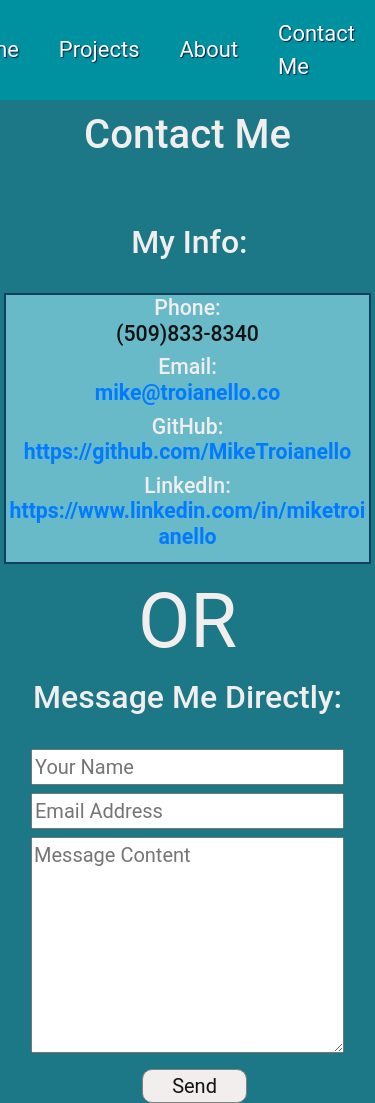
Repository: MikeTroianello/troianello
Page: /contact
These files come from the project's save history. The page is drawn as it stood at one moment and after the next save; the edit follows.
The browser window is 375 px wide. The pictures show the whole page.
The project was rebuilt for these pictures with package versions that can differ from the ones it lists, and the page was loaded fresh each time. Also part of the build but not shown: src/components/context-sensitive/Greet.js, src/components/locations/Home.js, src/components/locations/About/About.css, src/components/locations/About/AboutMobile.css, src/components/locations/About/About.js, src/components/cards/RainbowDay.js, src/components/cards/CanvasBubbles.js, src/components/cards/projectCard.css and 4 more.

Above is the page before, as saved 2019-08-02 18:45:25.

### public/index.html
<!DOCTYPE html>
<html lang="en">
  <head>
    <meta charset="utf-8" />
    <link rel="shortcut icon" href="%PUBLIC_URL%/favicon.ico" />
    <meta name="viewport" content="width=device-width, initial-scale=1" />
    <meta name="theme-color" content="#000000" />
    <!--
      manifest.json provides metadata used when your web app is installed on a
      user's mobile device or desktop. See https://developers.google.com/web/fundamentals/web-app-manifest/
    -->
    <link rel="manifest" href="%PUBLIC_URL%/manifest.json" />
    <!--
      Notice the use of %PUBLIC_URL% in the tags above.
      It will be replaced with the URL of the `public` folder during the build.
      Only files inside the `public` folder can be referenced from the HTML.

      Unlike "/favicon.ico" or "favicon.ico", "%PUBLIC_URL%/favicon.ico" will
      work correctly both with client-side routing and a non-root public URL.
      Learn how to configure a non-root public URL by running `npm run build`.
    -->
    <title>MIKE TROIANELLO</title>
  </head>
  <body>
    <noscript>You need to enable JavaScript to run this app.</noscript>
    <div id="root"></div>
  </body>
</html>

### src/App.js
import React, { Component } from 'react';
import { BrowserRouter as Router, Route, Switch } from 'react-router-dom';
import Header from './components/Header';
import Home from './components/locations/Home';
import About from './components/locations/About/About';
import Projects from './components/locations/Projects';
import Contact from './components/locations/Contact/Contact';
import NotFound from './components/locations/NotFound';
import Greet from './components/context-sensitive/Greet.js';
import './App.css';

class App extends Component {
  // state = {
  //   header: '',
  //   hours: new Date().getHours()
  // };

  // componentDidMount() {
  //   window.addEventListener('scroll', this.handleScroll);
  // }

  // componentWillUnmount() {
  //   window.removeEventListener('scroll', this.handleScroll);
  // }

  // handleScroll = event => {
  //   let scrollTop = event.srcElement.body.scrollTop;
  //   console.log(window.scrollY);
  //   // if(window.scrollY > 200 && this.state.header) {
  //   if (window.scrollY < 88) {
  //     this.setState({ header: '' });
  //     console.log(this.state.header);
  //   }
  //   if (window.scrollY > 88 && window.scrollY < 502) {
  //     this.setState({ header: <Greet classname='header-greet' /> });
  //     console.log(this.state.header);
  //   }
  //   if (window.scrollY > 503 && window.scrollY < 1266) {
  //     this.setState({ header: 'My Projects' });
  //     console.log(this.state.header);
  //   }
  //   if (window.scrollY > 1267) {
  //     this.setState({ header: 'About Me' });
  //     console.log(this.state.header);
  //   }
  // };

  render() {
    return (
      <div className='App'>
        <Router>
          {/* <Header showHeader={this.state.header} /> */}
          <Header />
          <div>
            <Switch>
              <Route exact path='/' component={Home} />
              <Route exact path='/about' component={About} />
              <Route exact path='/projects' component={Projects} />
              <Route exact path='/contact' component={Contact} />
              <Route component={NotFound} />
            </Switch>
          </div>
        </Router>
      </div>
    );
  }
}

export default App;

### src/components/Header.js
import React, { Component } from 'react';
import { Link } from 'react-router-dom';
import Greet from '../components/context-sensitive/Greet.js';

export default class Header extends Component {
  render() {
    // let headerClass = this.props.showHeader ? 'header' : 'header transition';
    // if(this.props.showHeader == "time"){
    //   this.props.showHeader = <Greet/>
    // }
    /* <div className={headerClass}> */
    return (
      <div className='header'>
        <div className='links'>
          {/* <div className='logo'>
            <Link to='/'>Mt</Link>
          </div> */}
          <Link to='/' className='logo-2'>
            <h1 className='mt-logo'>Mt</h1>
          </Link>
          <div>{this.props.showHeader}</div>

          <div className='individual-link'>
            <Link to='/'>Home</Link>
          </div>
          <div className='individual-link'>
            <Link to='/projects'>Projects</Link>
          </div>
          <div className='individual-link'>
            <Link to='/about'>About</Link>
          </div>
          <div className='individual-link test'>
            <Link to='/contact'>Contact Me</Link>
          </div>
        </div>
      </div>
    );
  }
}

### src/components/locations/Contact/Contact.js
import React from 'react';
import './Contact.css';
import './ContactMobile.css';

export default function Contact() {
  return (
    <div className='contact-page'>
      <h1 className='contact-center'>Contact Me</h1>
      <div className='row'>
        <div className='col-sm-5 contact-side-one'>
          <h2 className='contact-center-one'>My Info:</h2>
          <div className='contact-side-one-box'>
            <h3>
              Phone:
              <br />
              <span className='contact-number'>(509)833-8340</span>
            </h3>
            <h3>
              <h3>
                Email:
                <br />
                <strong>
                  <a
                    href='mailto:mike@troianello.co'
                    target='_blank'
                    rel='noopener noreferrer'
                  >
                    mike@troianello.co
                  </a>
                </strong>
              </h3>
              GitHub:
              <br />
              <strong>
                <a
                  href='https://github.com/MikeTroianello'
                  target='_blank'
                  rel='noopener noreferrer'
                >
                  https://github.com/MikeTroianello
                </a>
                <br />
              </strong>
            </h3>
            <h3>
              LinkedIn: <br />
              <strong>
                <a
                  href='https://www.linkedin.com/in/miketroianello'
                  target='_blank'
                  rel='noopener noreferrer'
                >
                  https://www.linkedin.com/in/miketroianello
                </a>
              </strong>
            </h3>
          </div>
        </div>
        <div className='col-sm-2 or'>OR</div>
        <div className='col-sm-5 contact-side-two'>
          <h2 className='contact-center-two'>Message Me Directly:</h2>
          <form
            className='contact-message'
            action='https://formspree.io/mike@troianello.co'
            method='POST'
          >
            <label>
              <input
                type='name'
                name='name'
                className='contact-message-input'
                placeholder='Your Name'
              />
            </label>
            <label>
              <input
                type='email'
                name='email'
                className='contact-message-input'
                placeholder='Email Address'
              />
            </label>
            <label>
              <textarea
                rows='7'
                name='content'
                className='contact-message-input'
                placeholder='Message Content'
              />
            </label>
            <button className='contact-button'>Send</button>
          </form>
        </div>
      </div>
    </div>
  );
}

### src/App.css
:root {
  --off-black: #131313;
  --off-white: #f2eeee;
}

.App {
  font-family: 'roboto';
}
@import url('https://fonts.googleapis.com/css?family=Chivo&display=swap');
@import url('https://fonts.googleapis.com/css?family=Roboto&display=swap');
@import url('https://fonts.googleapis.com/css?family=Exo+2:800&display=swap');

.App-header {
  background-color: #282c34;
  min-height: 100vh;
  display: flex;
  flex-direction: column;
  /* align-items: center; */
  justify-content: center;
  font-size: calc(10px + 2vmin);
  /* color: white; */
}

/* .App-link {
  color: #61dafb;
} */

body {
  padding-top: 47px;
}

div {
  font-size: 20px;
}

p {
  margin-left: 4em;
  color: var(--off-black);
}

/* HEADER */

.header {
  background-color: #0091a0;
  /* background-color: #192e6c; */
  overflow: hidden;
  position: fixed;
  top: 0;
  width: 100%;
  height: 100px;
  z-index: 1;
  transition: all 0.5s;
}

.header.transition {
  transition: all 0.5s;
}

.header a {
  text-decoration: none;
  font-family: 'roboto';
  color: white;
  text-shadow: 1px 1px 1px #002145;
  font-size: 1.1em;
}

/* HOME PAGE */

/* .home-bg {
  height: 300vh;
} */

.link {
  margin-left: 15em;
}

.link a {
  color: var(--off-white);
  background-color: #0091a0;
  border-style: solid;
  border-color: #a2d7dc;
  border-width: 2px;
  font-size: 1.75em;
  padding: 0.5em;
  /* border-radius: 5px; */
}

.home-top {
  background-color: #0091a0;
  height: 65vh;
  width: 100%;
  transform: skewY(-5deg);
  margin-top: -5vh;
  padding: 0;
}

.home-top h1 {
  text-align: center;
  color: var(--off-white);
  font-size: 5em;
  padding-left: 0.6em;
  padding-top: 0.8em;
  margin-bottom: 0;
  padding-bottom: 0;
  transform: skewY(5deg);
  text-shadow: 1px 1px 1px #007783;
}

.home-top h2 {
  text-align: center;
  color: var(--off-white);
  padding-left: 0.6em;
  margin-bottom: 0;
  padding-bottom: 0;
  transform: skewY(5deg);
  text-shadow: 1px 1px 1px #007783;
}

.home-typewriter-setup {
  /* position: relative;
    width: 29em;
    margin: 0 auto;
    text-align: center;
    white-space: nowrap;
    overflow: hidden; */
  position: relative;
  width: 24em;
  margin: 10vh auto;
  border-right: 3px solid rgba(255, 255, 255, 0.75);
  font-size: 180%;
  text-align: center;
  white-space: nowrap;
  overflow: hidden;
}

.home-typewriter-animation {
  animation: typewriter 4s steps(65) 1s 1 normal both,
    blinkTextCursor 1000ms steps(40) infinite normal;
}

@keyframes typewriter {
  from {
    width: 0;
  }
  to {
    width: 29.5em;
  }
}
@keyframes blinkTextCursor {
  from {
    border-right-color: rgba(255, 255, 255, 0.75);
  }
  to {
    border-right-color: transparent;
  }
}

.home-fade1 {
  height: 2vh;
  width: 100%;
  background-color: #a2d7dc;
  transform: skewY(-5deg);
  margin-top: -1vh;
}

.home-fade2 {
  height: 1vh;
  width: 100%;
  background-color: #e1e3e5;
  /* margin-top: -1vh; */
}

.home-about {
  height: 105vh;
  background: url('./components/images/pics/album-pics/thumbnail-3.jpg')
    no-repeat;
  background-size: 100% auto;
  background-position: 0 -30vh;
  /* background-repeat: no-repeat; */
  /* background-color: #909a9f; */
}

.home-about h1 {
  color: var(--off-white);
  font-size: 4.25em;
  margin-left: 1.25em;
}

.home-projects {
  font-size: 2em;
  padding-top: 1em;
  height: 110vh;
}

.home-projects h1 {
  color: var(--off-black);
  font-size: 2em;
  text-align: center;
}

.home-album-text {
  mix-blend-mode: difference;

  /* mix-blend-mode: exclusion; */
}

.home-contact {
  height: 50vh;
}

.home-contact h1 {
  font-size: 4.5em;
  margin-left: 1em;
  color: var(--off-white);
}

/* PROJECTS PAGE */

.projects {
  background-color: #1c7787;
  color: var(--off-white);
  /* height: 104vh; */
  /* margin-top: -3em; */
  padding-top: 3em;
  overflow: hidden;
  min-height: 97.45vh;
}

.project-box {
  display: flex;
  flex-wrap: wrap;
  justify-content: space-around;
  text-decoration: none;
  /* margin: 1vh 0; */
}

/* .project-box :hover {
  background: rgba(0, 0, 0, 1);
} */

.projects-title {
  text-align: center;
}

.projects-technologies {
  padding: 10vh 0 0 1.33vw;
  background-color: #1c7787;
  border-right: 1.5px solid black;
}

/* COLOR SCHEME REMAINING CLASSES DON'T DELETE YET!!!! */

/* .container-fluid {
  height: 500px;
} */

/* .row {
  height: 500px;
} */

.links {
  display: flex;
  justify-content: flex-end;
  align-items: center;
}

.individual-link {
  margin: 0 1em;
}

/* logo */

.logo {
  color: white;
  padding: 1px 6px;
  font-size: 1.35em;
  font-weight: bold;
  border-style: solid;
  border-color: White;
  border-width: 2px;
  margin: 20px auto 20px 15px;
}

.logo-2 {
  color: white;
  padding: 1px 6px 0;
  font-weight: bold;
  border-style: solid;
  border-color: White;
  border-width: 2px;
  margin: 20px auto 20px 15px;
}

.mt-logo {
  margin: 3px 0;
}

.react {
  animation-name: spin;
  animation-duration: 35s;
  animation-iteration-count: infinite;
  animation-timing-function: linear;
}

@keyframes spin {
  from {
    transform: rotate(0deg);
  }
  to {
    transform: rotate(360deg);
  }
}

/* table,
th,
td {
  border: 2px solid black;
}

td {
  font-size: 2em;
} */

### src/components/locations/Contact/Contact.css
.contact-page {
  background-color: #1c7787;
  color: var(--off-white);
  /* height: 101.8vh; HERE */
  min-height: 101.8vh;
  overflow: hidden;
  margin-top: -3em;
  padding-top: 3em;
}

.contact-page h1 {
  margin: 8vh;
}

/* .contact-side-one {
  } */

.contact-side-one-box {
  border: 2px solid #113f5e;
  background-color: rgba(137, 215, 229, 0.7);
  text-align: center;
  margin-left: 1vw;
  margin-right: 1vw;
  padding-bottom: 5px;
  word-wrap: break-word;
}

.contact-number {
  color: var(--off-black);
}

.contact-center {
  text-align: center;
  margin-bottom: 4vh;
}

.contact-center-one {
  text-align: center;
  margin-bottom: 4vh;
  margin-left: 1vw;
}

.contact-center-two {
  text-align: center;
  margin-bottom: 4vh;
}

.or {
  margin-bottom: 15vh;
  display: flex;
  justify-content: center;
  align-items: center;
  font-size: 3.8em;
  color: var(--off-white);
}

/* .contact-side-two{
    display: flex;
  } */

.contact-message {
  flex-direction: column;
  /* align-items:center; */
  display: flex;
}

.contact-message-input {
  width: 90%;
}

.contact-button {
  width: 30%;
  border: 1px solid gray;
  border-radius: 10px;
  color: var(--off-black);
  background: var(--off-white);
  margin-left: 32%;
}

### src/components/locations/Contact/ContactMobile.css
@media (max-width: 425px) {
  .contact-page {
    min-height: 101.8vh;
    overflow: hidden;
    margin-top: -3em;
    padding-top: 3em;
  }

  .contact-page h1 {
    margin: 8vh;
  }

  .contact-page h3 {
    font-size: 1.33rem;
  }

  /* .contact-side-one {
  } */

  .contact-side-one-box {
    border: 2px solid #113f5e;
    background-color: rgba(137, 215, 229, 0.7);
    text-align: center;
    margin-left: 1vw;
    margin-right: 1vw;
    padding-bottom: 5px;
    word-wrap: break-word;
  }

  .contact-number {
    color: var(--off-black);
  }

  .contact-center {
    text-align: center;
    margin-bottom: 4vh;
  }

  .contact-center-one {
    text-align: center;
    margin-bottom: 4vh;
    margin-left: 1vw;
  }

  .contact-center-two {
    text-align: center;
    margin-bottom: 4vh;
  }

  .or {
    margin-bottom: 0 !important;
    display: flex;
    justify-content: center;
    align-items: center;
    font-size: 3.8em;
    color: var(--off-white);
  }

  /* .contact-side-two{
    display: flex;
  } */

  .contact-message {
    margin: 0 -4px 0 31px;
  }

  .contact-message-input {
    width: 90%;
  }

  .contact-button {
    width: 30%;
    border: 1px solid gray;
    border-radius: 10px;
    color: var(--off-black);
    background: var(--off-white);
    margin-left: 32%;
  }
}

Loaded but not shown: src/index.js (common file); src/index.css (common file); src/serviceWorker.js (common file)

After the next save:
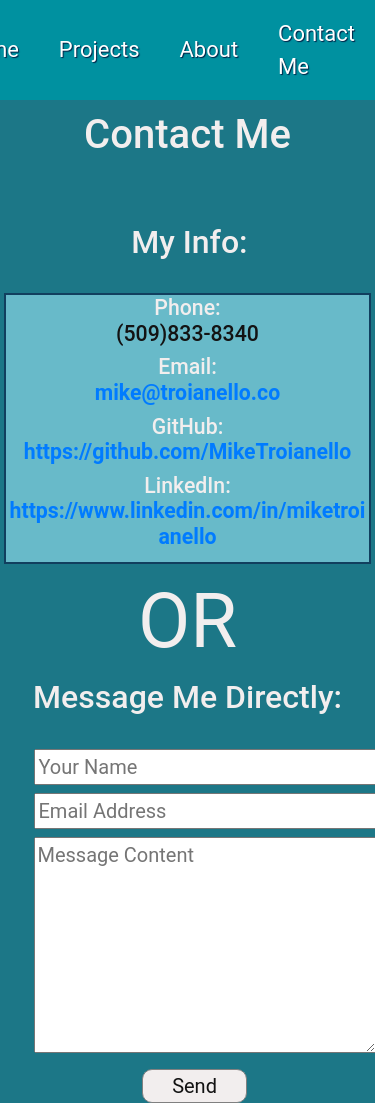
Saved 5 h 54 min later.
--- a/src/components/locations/Contact/ContactMobile.css
+++ b/src/components/locations/Contact/ContactMobile.css
@@ -65,7 +65,8 @@
   }
 
   .contact-message-input {
-    width: 90%;
+    width: 98%;
+    margin-left: 1%;
   }
 
   .contact-button {
